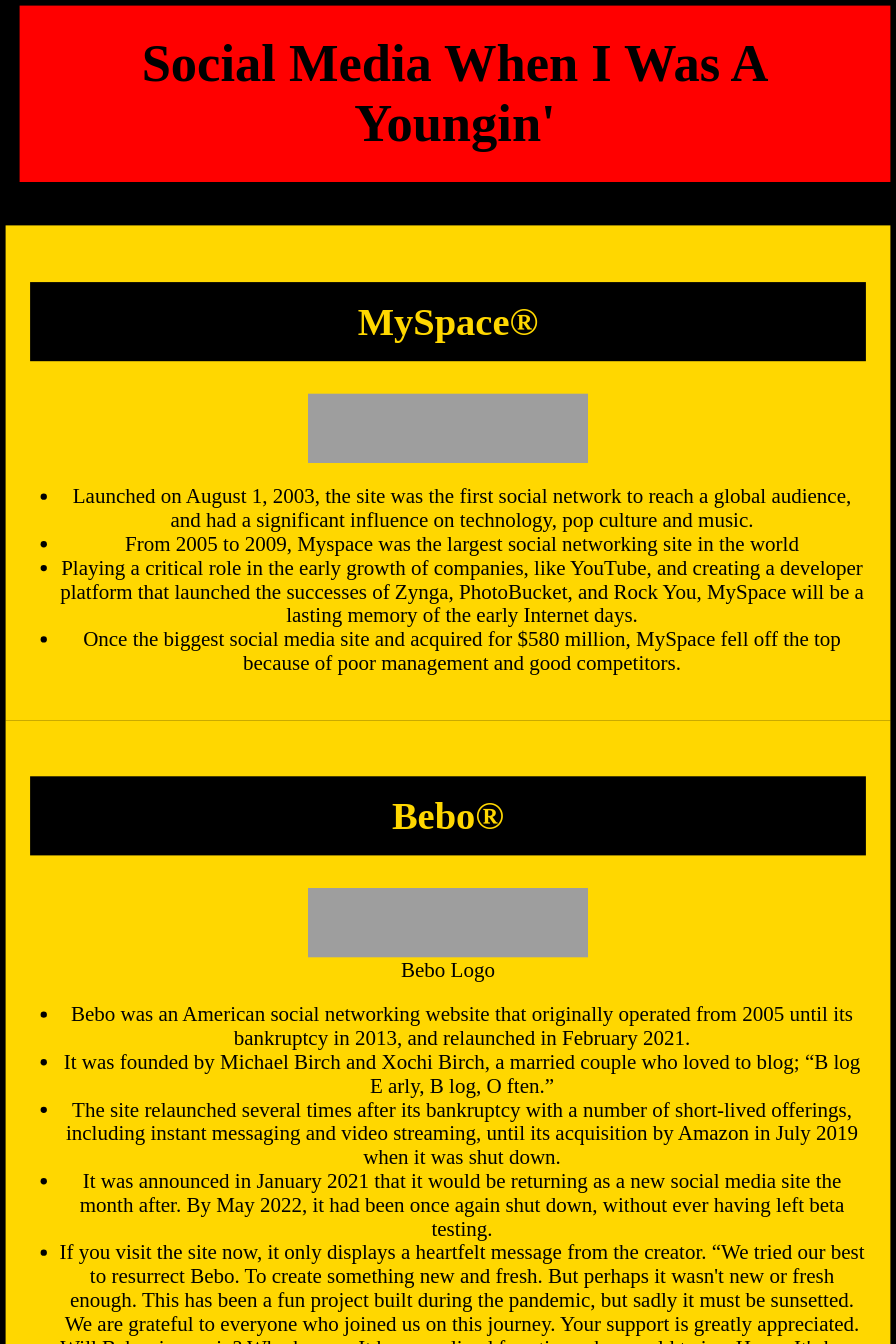
Repository: AndrewGrantt/LC101
Page: LC101/js-assignment-4-html-me-something-buffylow/index.html
The author's editor kept a copy of each file at every save. The page is drawn from the files as they stood at one save, then again after the next save.
The browser window is 1280 px wide. The pictures show the part of the page from y = 0 to 1920 px (the page is 3439 px tall before and 3515 px after), at 70% of full size.
Pictures or frames that could not be fetched are drawn as grey boxes.

Above is the page before, as saved 2022-07-15 08:39:00.

After the next save:
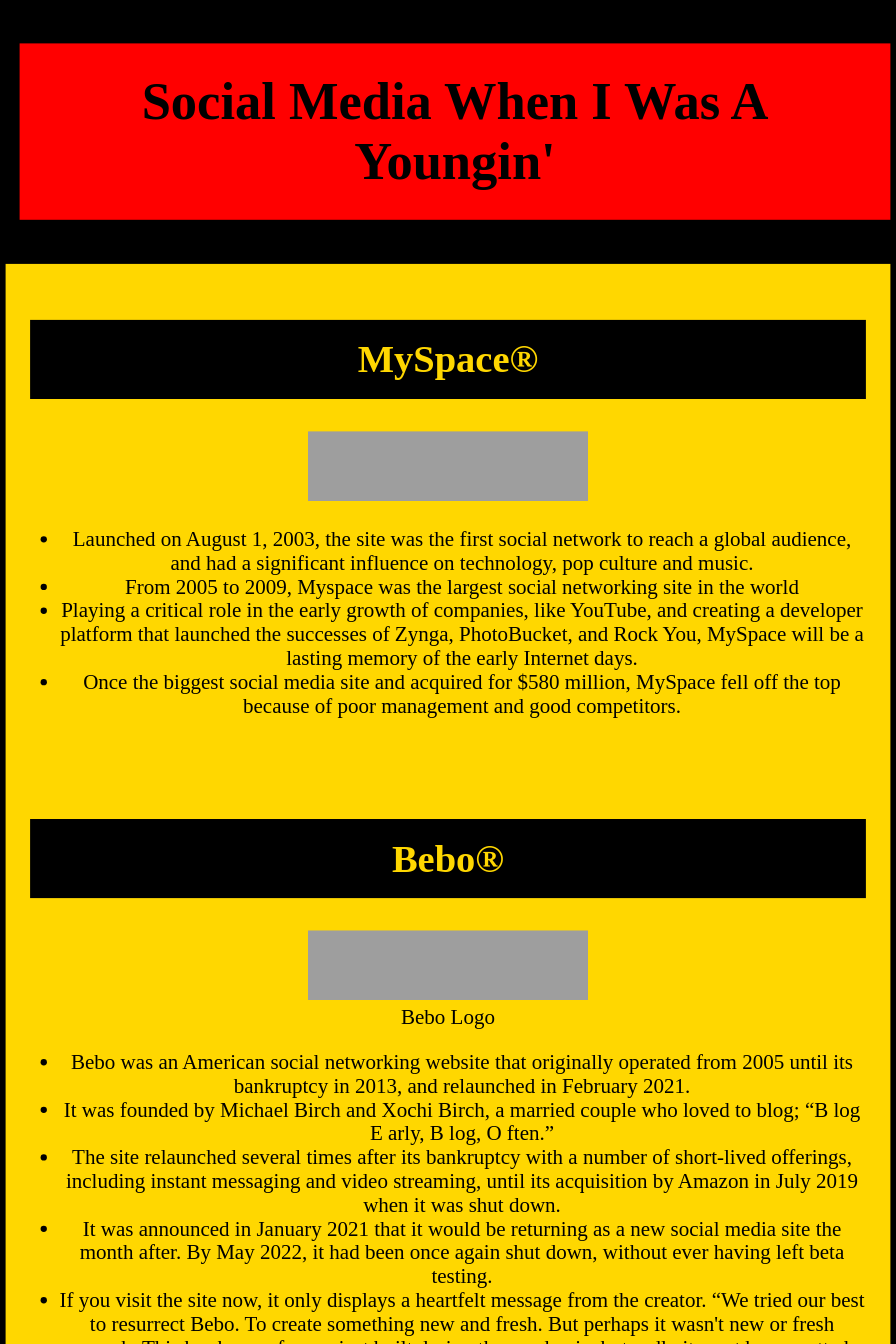
Saved 2 days later.
--- a/LC101/js-assignment-4-html-me-something-buffylow/index.html
+++ b/LC101/js-assignment-4-html-me-something-buffylow/index.html
@@ -1,4 +1,4 @@
-<html>
+<!DOCTYPE html>
 <head>
 <title>SOCIAL NETWORKS FOR THE AGES</title>
 <link rel="stylesheet" href="styles.css">
